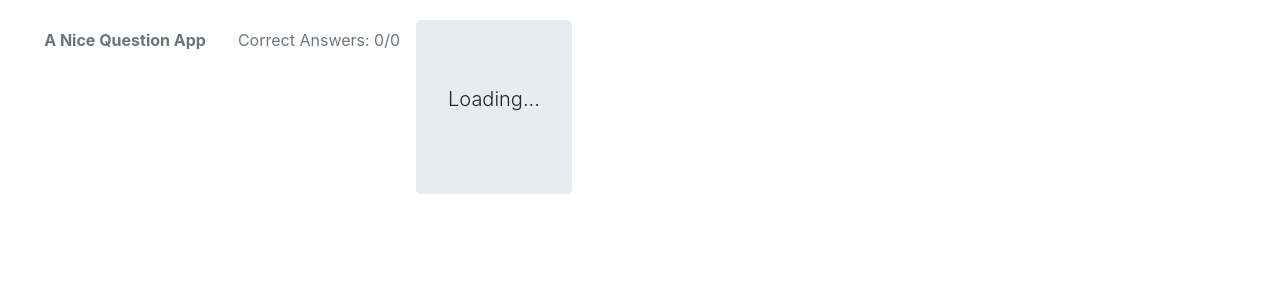
Repository: giovanicascaes/vue-quiz-app
Page: /
An editor plug-in stored every save of this project. The page is shown before and after the next save, followed by the edit.
The browser window is 1280 px wide. The pictures show the whole page.
The page's requests for data from a server got no answer. The project was rebuilt for these pictures with package versions that can differ from the ones it lists, and the page was loaded fresh each time. No one was signed in, and anything a server would have sent is missing. Also part of the build but not shown: vue.config.js.

Above is the page before, as saved 2019-04-14 02:35:05.

### public/index.html
<!DOCTYPE html>
<html lang="en">
  <head>
    <meta charset="utf-8">
    <meta http-equiv="X-UA-Compatible" content="IE=edge">
    <meta name="viewport" content="width=device-width,initial-scale=1.0">
    <link rel="icon" href="<%= BASE_URL %>favicon.ico">
    <title>vue-note-app</title>
  </head>
  <body>
    <noscript>
      <strong>We're sorry but vue-note-app doesn't work properly without JavaScript enabled. Please enable it to continue.</strong>
    </noscript>
    <div id="app"></div>
    <!-- built files will be auto injected -->
  </body>
</html>

### src/main.js
import Vue from 'vue';
import BootstrapVue from 'bootstrap-vue';

import 'bootstrap/dist/css/bootstrap.css';
import 'bootstrap-vue/dist/bootstrap-vue.css';

import store from './store';
import App from './App.vue';

Vue.config.productionTip = false;

Vue.use(BootstrapVue);

new Vue({
  store,
  render: h => h(App),
}).$mount('#app');

### src/store/index.js
import Vue from 'vue';
import Vuex from 'vuex';

import state from './state';
import mutations from './mutations';
import actions from './actions';
import getters from './getters';

Vue.use(Vuex);

export default new Vuex.Store({
  state,
  mutations,
  actions,
  getters,
});

### src/App.vue
<template>
  <div id="app">
    <Header/>
    <QuestionBox/>
  </div>
</template>

<script>
import { mapState, mapActions } from "vuex";

import Header from "./components/Header";
import QuestionBox from "./components/QuestionBox";

export default {
  name: "app",
  components: {
    Header,
    QuestionBox
  },
  mounted() {
    fetch("https://opentdb.com/api.php?amount=10")
      .then(result => result.json())
      .then(json => {
        this.storeQuestions(json.results);
      });
  },
  methods: {
    ...mapActions({ storeQuestions: "questionsFetched" })
  }
};
</script>

<style>
#app {
  margin-top: 20px;
  width: 600px;
  display: flex;
  justify-content: center;
}
</style>

### src/store/state.js
export default {
  questions: [],
  answers: [],
  index: 0,
};

### src/store/mutations.js
import _ from 'lodash';

export default {
  incrementIndex: (state) => {
    state.index++;
  },
  decrementIndex: (state) => {
    state.index--;
  },
  questionsFetched: (state, payload) => {
    state.questions = payload;
    state.questions.forEach((question) => {
      question.shuffledAnswers = _.shuffle([
        ...question.incorrect_answers,
        question.correct_answer,
      ]);
      question.correctAnswerIndex = question.shuffledAnswers.indexOf(question.correct_answer);
    });
    state.answers = payload.map(_ => ({ index: null, submitted: false }));
  },
  selectAnswer: (state, payload) => {
    state.answers[state.index].index = payload;
  },
  submitAnswer: (state) => {
    state.answers[state.index].submitted = true;
  },
};

### src/store/actions.js
export default {
  incrementIndex: ({ commit }) => {
    commit('incrementIndex');
  },
  decrementIndex: ({ commit }) => {
    commit('decrementIndex');
  },
  questionsFetched: ({ commit }, payload) => {
    commit('questionsFetched', payload);
  },
  selectAnswer: ({ commit }, payload) => {
    commit('selectAnswer', payload);
  },
  submitAnswer: ({ commit }) => {
    commit('submitAnswer');
  },
};

### src/components/Header.vue
<template>
  <b-nav>
    <b-nav-item disabled>
      <b>A Nice Question App</b>
    </b-nav-item>
    <b-nav-item disabled>Correct Answers: {{totalCorrectAnswers}}/{{totalAnswers}}</b-nav-item>
  </b-nav>
</template>

<script>
import { mapState } from "vuex";
export default {
  computed: {
    ...mapState({
      totalAnswers: state =>
        state.answers.filter(answer => answer.submitted).length,
      totalCorrectAnswers: state =>
        state.answers.reduce((acc, answer, index) => {
          if (
            answer.submitted &&
            state.questions[index].correctAnswerIndex === answer.index
          ) {
            return acc + 1;
          }
          return acc;
        }, 0)
    })
  }
};
</script>

### src/components/QuestionBox.vue
<template>
  <div>
    <b-jumbotron v-if="loading" lead="Loading..."/>
    <b-jumbotron :lead="'Question #' + (index + 1)" v-if="!loading">
      <p>
        <span v-html="question.question"/>
      </p>
      <b-list-group>
        <b-list-group-item
          :button="!answerSubmited"
          v-for="(answer, index) in question.shuffledAnswers"
          :key="index"
          @click="selectAnswer(index)"
          :active="isSelected(index) && !answerSubmited"
          :variant="getAnswerVariant(index)"
        >{{index + 1}}) <span v-html="answer"/></b-list-group-item>
      </b-list-group>
      <div class="buttons">
        <b-button-group>
          <b-button variant="success" @click="previousQuestion" :disabled="index === 0">Previous</b-button>
          <b-button variant="success" @click="nextQuestion" :disabled="index === 9">Next</b-button>
        </b-button-group>
        <b-button
          variant="primary"
          @click="submitAnswer"
          :disabled="answerSubmited || answerIndex === null"
          class="submit"
        >Submit</b-button>
      </div>
    </b-jumbotron>
  </div>
</template>

<script>
import _ from "lodash";
import { mapActions, mapState } from "vuex";

export default {
  methods: {
    ...mapActions({
      nextQuestion: "incrementIndex",
      previousQuestion: "decrementIndex",
      submitAnswer: "submitAnswer"
    }),
    selectAnswer(index) {
      if (!this.answerSubmited) {
        this.$store.dispatch("selectAnswer", index);
      }
    },
    isSelected(index) {
      return this.answerIndex === index;
    },
    getAnswerVariant(index) {
      if (this.answerSubmited) {
        if (this.question.correctAnswerIndex === index) {
          return "success";
        } else if (this.isSelected(index)) {
          return "danger";
        }
        return "";
      }
    }
  },
  computed: {
    ...mapState({
      index: "index",
      loading: state => state.questions.length === 0,
      question: state => state.questions[state.index],
      answerIndex: state => state.answers[state.index].index,
      answerSubmited: state => state.answers[state.index].submitted
    })
  }
};
</script>

<style>
.buttons {
  margin-top: 10px;
}
.submit {
  float: right;
}
</style>

Loaded but not shown: src/store/getters.js (common file)

After the next save:
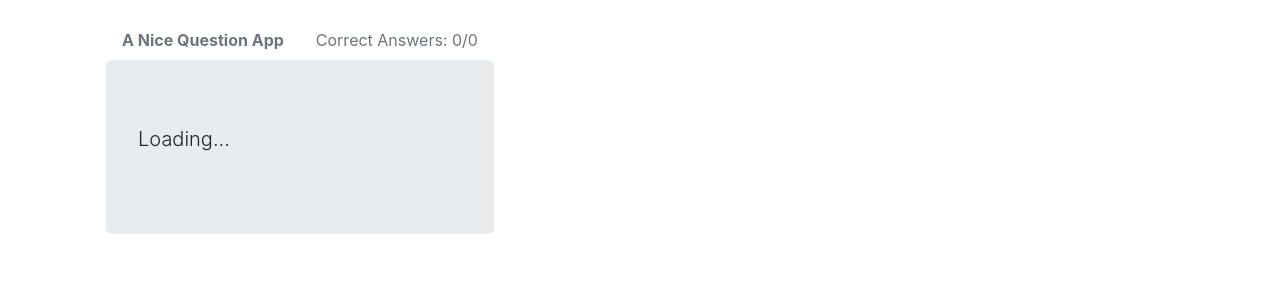
Saved 27 s later.
--- a/src/App.vue
+++ b/src/App.vue
@@ -1,7 +1,9 @@
 <template>
   <div id="app">
-    <Header/>
-    <QuestionBox/>
+    <div>
+      <Header/>
+      <QuestionBox/>
+    </div>
   </div>
 </template>
 
